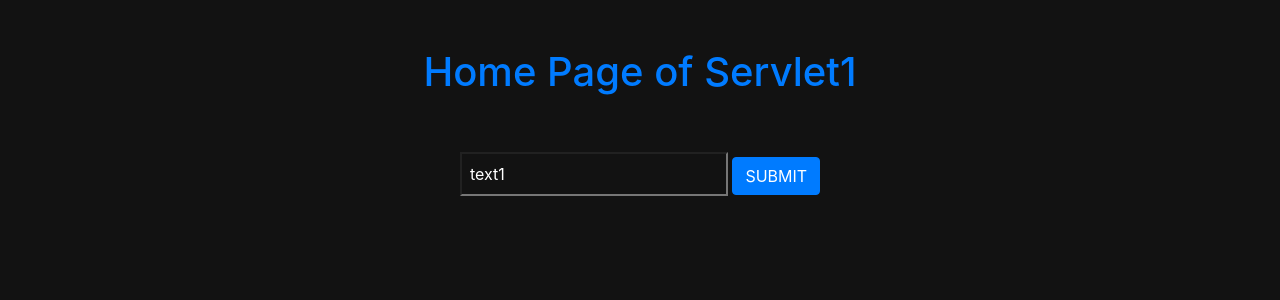
Repository: Gouravgilhare/Servlet
Page: http://localhost/SERVLET1/
These files come from the project's save history. The page is drawn as it stood at one moment and after the next save; the edit follows.
The browser window is 1280 px wide. The pictures show the whole page.
The page is served by Tomcat 10. Other server files are loaded and not shown.

Above is the page before, as saved 2025-07-16 11:57:15.

### SERVLET1/src/main/webapp/index.jsp
<%@ page language="java" contentType="text/html; charset=UTF-8"
    pageEncoding="UTF-8"%>
<!DOCTYPE html>
<html>
<head>
<meta charset="UTF-8">
<title>Home Page</title>
<link rel="stylesheet" href="https://maxcdn.bootstrapcdn.com/bootstrap/4.5.2/css/bootstrap.min.css"/>
<link rel="stylesheet" href="<%= application.getContextPath() %>/css/style.css"/>

</head>
<body>
<div class="container-fluid mt-5">
    <div class="row">
        <div class="col text-center">
            <h1 class="text-primary">Home Page of Servlet1</h1>


            <form action="<%= application.getContextPath() %>/third" method="POST">

            	<input type="text" class = "p-2 mt-5" value="text1" placeholder ="Enter Text">
            	<input type="submit" class = "btn  btn-primary" value="SUBMIT" placeholder ="SUBMIT">
            </form>
        </div>
    </div>
</div>

</body>
</html>

### SERVLET1/src/main/webapp/css/style.css
@charset "UTF-8";

*{
	color : #ffffff;
	background-color: #121212;
}


.menu-container ul{
		list-style-type : none;
}
.menu-container ul a{
	display : block;
	margin: 5px 10px;
}

After the next save:
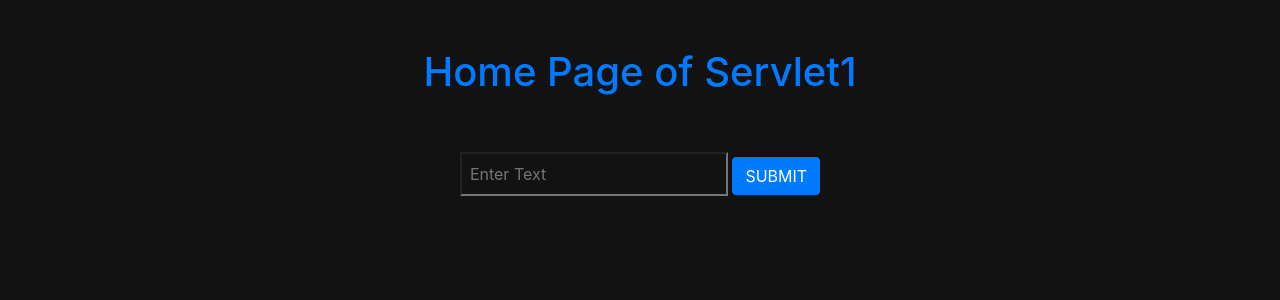
Saved 13 s later.
--- a/SERVLET1/src/main/webapp/index.jsp
+++ b/SERVLET1/src/main/webapp/index.jsp
@@ -18,7 +18,7 @@
 
             <form action="<%= application.getContextPath() %>/third" method="POST">
 
-            	<input type="text" class = "p-2 mt-5" value="text1" placeholder ="Enter Text">
+            	<input type="text" class = "p-2 mt-5"  placeholder ="Enter Text">
             	<input type="submit" class = "btn  btn-primary" value="SUBMIT" placeholder ="SUBMIT">
             </form>
         </div>
